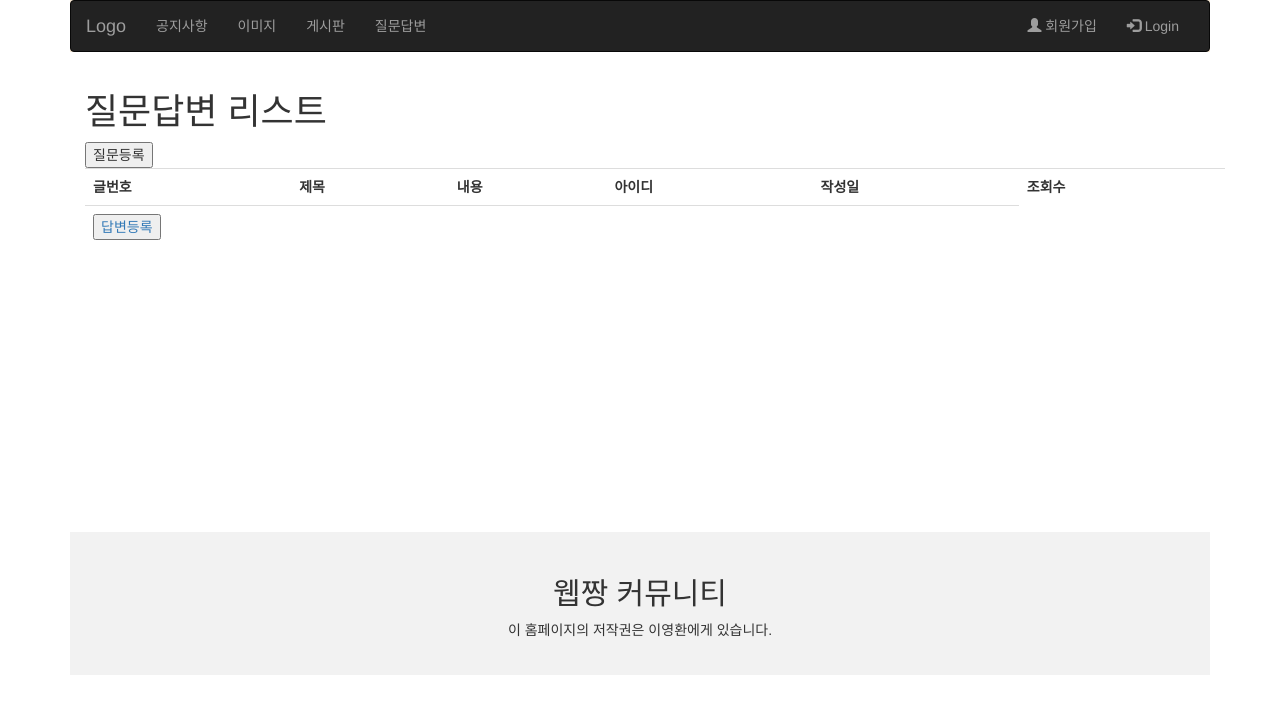
Repository: xo461/test
Page: http://localhost/webjjangcom_ver2/qna/list.jsp
These files come from the project's save history. The page is drawn as it stood at one moment and after the next save; the edit follows.
The browser window is 1280 px wide. The pictures show the whole page.
Some web libraries are served in a nearby version. The page is served by Tomcat 9. Other server files are loaded and not shown. Queries for data that is not in the repository find no rows.

Above is the page before, as saved 2019-11-14 05:40:30.

### web/webjjangcom_ver2/WebContent/WEB-INF/sitemesh.xml
<?xml version="1.0" encoding="UTF-8"?>
<!DOCTYPE XML>
<!-- 작성자 : 이영환 -->
<!-- 작성일 : 2018-11-14 -->
<!-- sitemesh 설정에 대한 정의 xml 파일 -->
<sitemesh>
	<!-- 레이아웃 꾸미기는 /WEB-INF/decorators.xml로 정의 -->
	<property name="decorators-file" value="/WEB-INF/decorators.xml" />
	<!-- 위에 property로 정의된 xml를 포함 시킨다. -->
	<excludes file="${decorators-file}" />

	<!-- HTML 분해 객체 선택 : title, head, body-->
	<page-parsers>
		<parser content-type="text/html"
			class="com.opensymphony.module.sitemesh.parser.HTMLPageParser" />
	</page-parsers>

	<!-- HTML 조립기 -->
	<decorator-mappers>
		<mapper

			class="com.opensymphony.module.sitemesh.mapper.ConfigDecoratorMapper">
			<param name="config" value="${decorators-file}" />
		</mapper>
	</decorator-mappers>
</sitemesh>

### web/webjjangcom_ver2/WebContent/WEB-INF/decorators.xml
<?xml version="1.0" encoding="UTF-8"?>
<!DOCTYPE XML>
<!-- 작성자 : 이영환 -->
<!-- 작성일 : 2018-11-14 -->
<!-- 꾸미기(레이아웃)에 대한 선언 -->
<decorators defaultdir="/WEB-INF/views/decorator">
	<!-- hello에 대한 요청이 들어오면 적용시키는 레이아웃 선언 -->
	<decorator name="main" page="default_decorator.jsp">
		<!-- url 패턴 중에서 적용이 안되는(패턴의 충돌) 패턴이 있으면 *를 제거하고 적용하세요. -->
<!-- 		<pattern>/</pattern> -->
		<pattern>/main</pattern>
		<pattern>/notice/*</pattern>
		<pattern>/board/*</pattern>
		<pattern>/member/*</pattern>
		<pattern>/qna/*</pattern>
		<pattern>/image/*</pattern>
	</decorator>

	<!-- 관리자의 대한 요청 레이아웃 선언 -->
<!-- 	<decorator name="admin" page="admin_decorator.jsp"> -->
<!-- 		<pattern>/admin/*</pattern> -->
<!-- 	</decorator> -->

	<!-- 데코레이션에서 제외되는 요청을 선언 -->

</decorators>

### web/webjjangcom_ver2/WebContent/qna/list.jsp
<%@page import="com.webjjang.main.Service"%>
<%@page import="com.webjjang.main.Execute"%>
<%@page import="com.webjjang.bean.Beans"%>
<%@ page language="java" contentType="text/html; charset=UTF-8"
	pageEncoding="UTF-8"%>
<%@taglib prefix="C" uri="http://java.sun.com/jsp/jstl/core"%>

<%
	//여기가 자바입니다.
	// DB에서 데이터 가져오기 : [controller] - service - dao : List<BoardDTO>
	Service service = Beans.getService("qnaListService");
	request.setAttribute("list", Execute.service(service, 1));
%>
<!DOCTYPE html>
<html>
<head>
<meta charset="UTF-8">
<title>Insert title here</title>
<meta name="viewport" content="width=device-width, initial-scale=1">
<link rel="stylesheet"
	href="https://maxcdn.bootstrapcdn.com/bootstrap/3.4.0/css/bootstrap.min.css">
<script
	src="https://ajax.googleapis.com/ajax/libs/jquery/3.4.1/jquery.min.js"></script>
<script
	src="https://maxcdn.bootstrapcdn.com/bootstrap/3.4.0/js/bootstrap.min.js"></script>
<style type="text/css">
.dataRow:hover {
	background: #eee;
	cursor: pointer;
}
</style>
</head>

<body>
	<div class="container">
		<h1>질문답변 리스트</h1>
		<table class="table">
			<!-- 테이블의 한줄 -->
			<!-- 항목의 제목 -->
			<tr>
				<th>글번호</th>
				<th>제목</th>
				<th>내용</th>
				<th>아이디</th>
				<th>작성일</th>
				<th>조회수</th>
			</tr>
			<!-- 데이터표시줄 : 데이터가 있는 만큼 반복 처리한다. -->
			<C:forEach items="${list }" var="dto">
				<tr onclick="location='view.jsp'" class="dataRow">
					<td>${dto.no }</td>
					<td>${dto.title }</td>
					<td>${dto.content }</td>
					<td>${dto.id }</td>
					<td>${dto.writeDate }</td>
					<td>${dto.hit }</td>
				</tr>
			</C:forEach>

			<!--  글쓰기 버튼  -->
			<tr>
				<button onclick="location='/member/login.jsp'">질문등록</button></a>
				</td>
				<td colspan="5"><a href="writeForm.jsp"><button>답변등록</button></a>
				</td>
			</tr>
		</table>
	</div>
</body>
</html>

### web/webjjangcom_ver2/WebContent/WEB-INF/views/decorator/default_decorator.jsp
<!-- sitemesh 사용을 위한 설정 파일 -->
<!-- 작성자 : 이영환 -->
<!-- 작성일 : 2018-11-14 -->

<%@ page language="java" contentType="text/html; charset=UTF-8"
	pageEncoding="UTF-8"%>
<%@taglib prefix="decorator"
	uri="http://www.opensymphony.com/sitemesh/decorator"%>
<%@taglib prefix="c" uri="http://java.sun.com/jsp/jstl/core"%>
<!DOCTYPE html>
<html>

<head>
<meta http-equiv="Content-Type" content="text/html; charset=UTF-8">

<!-- title을 개별 jsp에 있는 title로 적용한다. -->
<title>웹짱::<decorator:title /></title>

<!-- jQuery, BootStrap 웹 라이브러리를 등록 했으므로 url 적용되는 개별 jsp에 등록 금지 -->
<meta name="viewport" content="width=device-width, initial-scale=1">

<link rel="stylesheet"
	href="https://maxcdn.bootstrapcdn.com/bootstrap/3.3.7/css/bootstrap.min.css">
<!-- 구글 아이콘 라이브러리 등록 : CSS -->
<link href="https://fonts.googleapis.com/icon?family=Material+Icons" rel="stylesheet">
<script
	src="https://ajax.googleapis.com/ajax/libs/jquery/3.1.1/jquery.min.js"></script>
<script
	src="https://maxcdn.bootstrapcdn.com/bootstrap/3.3.7/js/bootstrap.min.js"></script>

<style type="text/css">
header, footer {
	background: AntiqueWhite;
}

pre {
	background: white;
	border: 0px;
}

/* Remove the navbar's default margin-bottom and rounded borders */
.navbar {
	margin-bottom: 0;
	border-radius: 0;
}

/* Add a gray background color and some padding to the footer */
footer {
	background-color: #f2f2f2;
	padding: 25px;
}

.carousel-inner img {
	width: 100%; /* Set width to 100% */
	margin: auto;
	min-height: 200px;
}

/* Hide the carousel text when the screen is less than 600 pixels wide */
@media ( max-width : 600px) {
	.carousel-caption {
		display: none;
	}
}

article {
	min-height: 460px;
}

#welcome {
	color: grey;
	margin: 0 auto;
}
</style>
<!-- <script type="text/javascript" src="../js/jquery.js"></script> -->
<script type="text/javascript">
	$(document).ready(function() {
	});
</script>
<!-- 개별 jsp의 head 태그안에 있는 css, js를 넣어준다. -->
<decorator:head/>
</head>
<body>
	<div class="container">
<!-- 	메뉴나 로고 등  -->
	<header>
		<nav class="navbar navbar-inverse">
			<div class="container-fluid">

				<!-- 회사 로고 부분 -->
				<div class="navbar-header">
					<button type="button" class="navbar-toggle" data-toggle="collapse"
						data-target="#myNavbar">
						<span class="icon-bar"></span> <span class="icon-bar"></span> <span
							class="icon-bar"></span>
					</button>
					<a class="navbar-brand" href="${absUri }">Logo</a>
				</div>

				<!-- 모듈 메뉴 -->
				<div class="collapse navbar-collapse" id="myNavbar">
					<ul class="nav navbar-nav">
						<li><a href="/notice/list.jsp">공지사항</a></li>
						<li><a href="/image/list.jsp">이미지</a></li>
						<li><a href="/board/list.jsp">게시판</a></li>
						<li><a href="/qna/list.jsp">질문답변</a></li>
						<!-- 회원관리는 관리자 권한으로 로그인하면 보인다. -->
						<c:if test="${!empty login }">

				<!-- 관리자 메뉴  -->
							<c:if test="${login.grade==9 }">
								<li><a href="/member/list.jsp">회원관리</a></li>
							</c:if>
						</c:if>
					</ul>


					<!-- 오른쪽에 위치하는 메뉴바 -->
					<ul class="nav navbar-nav navbar-right">

						<!-- 로그인을 안한 경우의 메뉴 -->
						<c:if test="${empty login }">
							<li><a href="/member/joinForm.jsp"><span
									class="glyphicon glyphicon-user"></span> 회원가입</a></li>
							<li><a href="/member/loginForm.jsp"><span
									class="glyphicon glyphicon-log-in"></span> Login</a></li>
						</c:if>

						<!-- 로그인은 한 경우의 메뉴 -->
						<c:if test="${!empty login }">
							<li id="welcome"><a href="#">${login.name}[${login.gradeName }]</a></li>
							<li><a href="/member/view.do"> 내 정보 보기</a></li>
							<li><a href="/member/logout.do"><span
									class="glyphicon glyphicon-log-in"></span> Logout</a></li>
						</c:if>
					</ul>
				</div>
			</div>
		</nav>
	</header>
	<article>
		<decorator:body />
	</article>
	<footer class="container-fluid text-center">
		<h2>웹짱 커뮤니티 </h2>
		<p>이 홈페이지의 저작권은 이영환에게 있습니다.</p>
	</footer>
	</div>
</body>
</html>

### web/webjjangcom_ver2/src/com/webjjang/main/Execute.java
package com.webjjang.main;

public class Execute {
	// 서비스를 실행하는 메서드 작성 - 모든 서비스는 이메서드를 사용해서 실행해야만 한다.
	// service(실행 객체, 넘겨질파라메터) -> 넘겨질 파라메터는 알맞게 캐스팅해서 사용하는 것으로 한다.
	public static Object service(Service service, Object...objs)
			throws Exception {
		return service.service(objs);
		}
}

### web/webjjangcom_ver2/src/com/webjjang/util/db/DBUtil.java
package com.webjjang.util.db;

import java.sql.Connection;
import java.sql.DriverManager;
import java.sql.PreparedStatement;
import java.sql.ResultSet;
import java.sql.SQLException;

public class DBUtil {

	// 오라클 드라이버
	private static final String driver
	= "oracle.jdbc.driver.OracleDriver";

	// 접속 정보
	// 전역 변수로 선언한다.
	private static final String url
	= "jdbc:oracle:thin:@402-oracle:1521:orcl";
	private static final String id = "c##java17";
	private static final String pw = "java00";

	// 드라이버가 있는지 체크 하는 변수
	// true - 드라이버가 있음, false - 드라이버가 없음. -> static 초기화 블록에서 처리
	private static boolean checkDriver = false;

	// 클래스가 맨 처음 선언되어지는 경우 딱 한번만 실행이 된다.
	static {// static 초기화 블록
		// 1. 드라이버 확인
		try {
			Class.forName(driver);
			checkDriver = true;
		} catch (ClassNotFoundException e) {
			// TODO Auto-generated catch block
			checkDriver = false;
			e.printStackTrace();
		}
	}

	//연결객체를 전달하는 메서드 - DBUtil.getConnection()
	public static Connection getConnection() throws SQLException {
		if(checkDriver)
			return DriverManager.getConnection(url, id, pw);
		throw new SQLException("드라이버가 존재 하지 않습니다.");
	}

	//DB 처리하면서 사용한 객체 닫기
	public static void close
	(Connection con, PreparedStatement pstmt)
			throws SQLException {
		con.close();
		pstmt.close();
	}

	public static void close
	(Connection con, PreparedStatement pstmt, ResultSet rs)
			throws SQLException {
		close(con, pstmt);
		rs.close();
	}

}

After the next save:
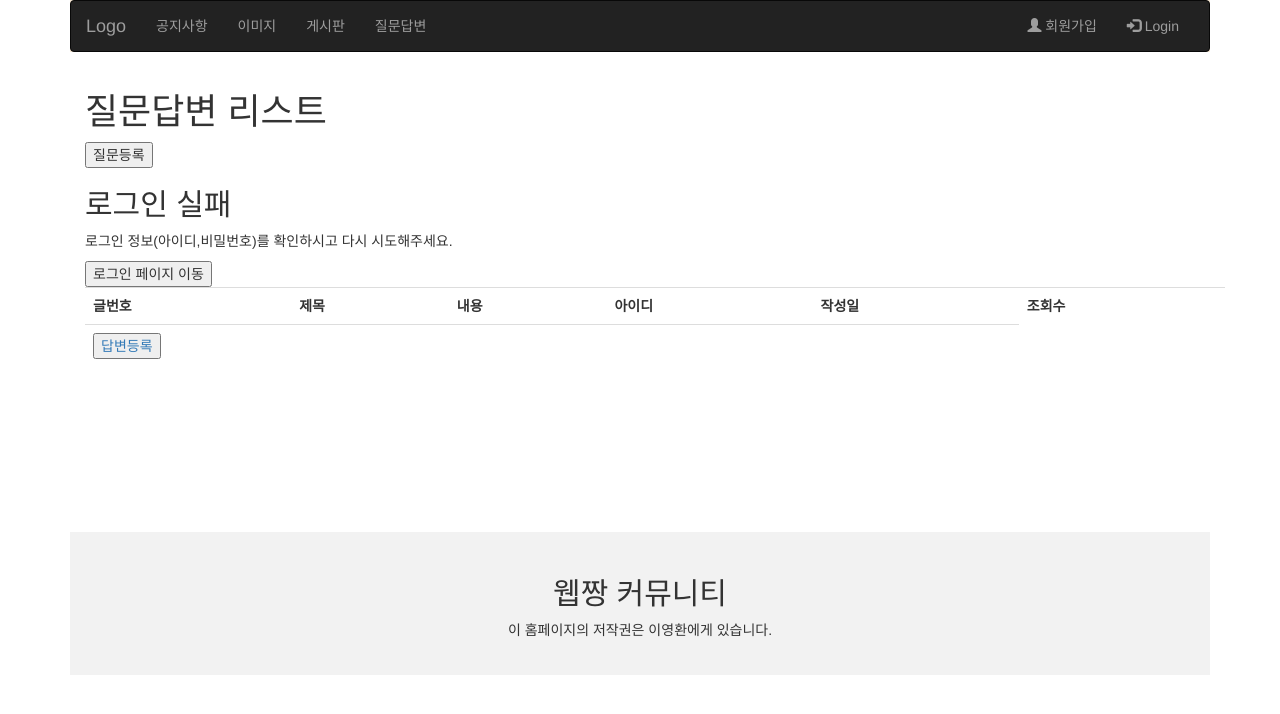
Saved 6 min 8 s later.
--- a/web/webjjangcom_ver2/WebContent/qna/list.jsp
+++ b/web/webjjangcom_ver2/WebContent/qna/list.jsp
@@ -59,8 +59,22 @@
 
 			<!--  글쓰기 버튼  -->
 			<tr>
-				<button onclick="location='/member/login.jsp'">질문등록</button></a>
+				<button onclick="location= 'writeForm.jsp'">질문등록</button></a>
 				</td>
+				<% if(session.getAttribute("login") == null){ %>
+				<h2>로그인 실패</h2>
+				<p>로그인 정보(아이디,비밀번호)를 확인하시고 다시 시도해주세요.</p>
+				<button onclick="location='loginForm.jsp'">로그인 페이지 이동</button>
+				<%
+					} else {
+				%>
+				<h2>로그인 정보 출력</h2>
+				<p>
+					아이디 : ${login.id}<br /> 이름 : ${login.name}<br /> 등급번호 :
+					${login.grade}<br /> 등급이름 : ${login.gradeName}<br />
+				</p>
+				<button onclick="location='logout.jsp'">로그아웃</button>
+				<%} %>
 				<td colspan="5"><a href="writeForm.jsp"><button>답변등록</button></a>
 				</td>
 			</tr>

After the 4 saves that followed:
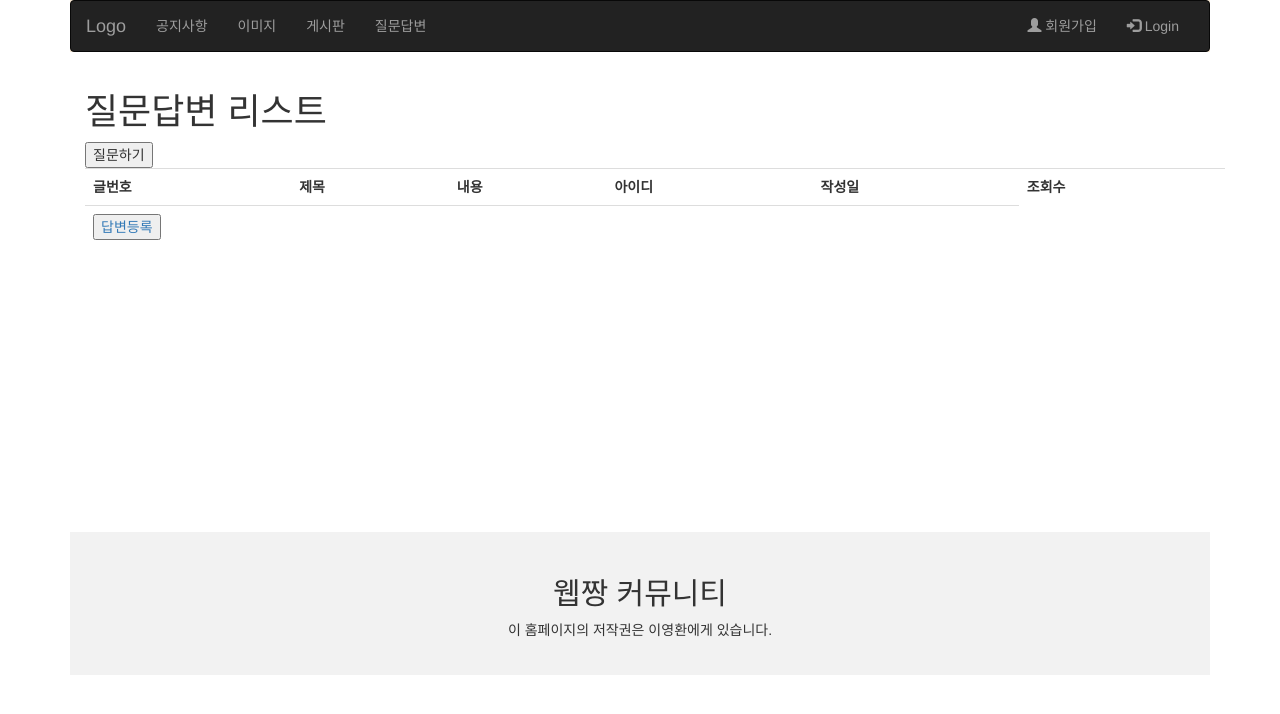
The 4 saves are shown as one change because 3 left the picture as it was.
The last was saved 9 min 24 s later.
--- a/web/webjjangcom_ver2/WebContent/qna/list.jsp
+++ b/web/webjjangcom_ver2/WebContent/qna/list.jsp
@@ -59,22 +59,8 @@
 
 			<!--  글쓰기 버튼  -->
 			<tr>
-				<button onclick="location= 'writeForm.jsp'">질문등록</button></a>
-				</td>
-				<% if(session.getAttribute("login") == null){ %>
-				<h2>로그인 실패</h2>
-				<p>로그인 정보(아이디,비밀번호)를 확인하시고 다시 시도해주세요.</p>
-				<button onclick="location='loginForm.jsp'">로그인 페이지 이동</button>
-				<%
-					} else {
-				%>
-				<h2>로그인 정보 출력</h2>
-				<p>
-					아이디 : ${login.id}<br /> 이름 : ${login.name}<br /> 등급번호 :
-					${login.grade}<br /> 등급이름 : ${login.gradeName}<br />
-				</p>
-				<button onclick="location='logout.jsp'">로그아웃</button>
-				<%} %>
+				<button onclick="location='writeForm.jsp'">질문하기</button>
+
 				<td colspan="5"><a href="writeForm.jsp"><button>답변등록</button></a>
 				</td>
 			</tr>
